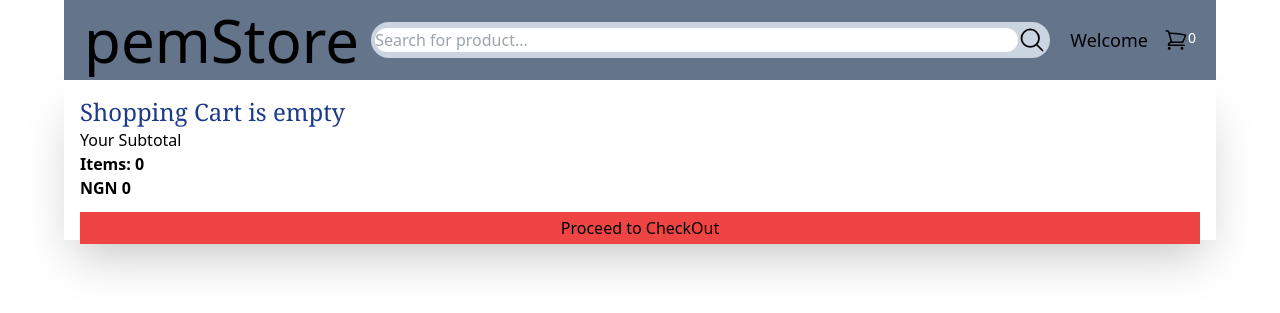
Repository: Semanmernstack/pemstore
Page: /checkout
An editor plug-in stored every save of this project. The page is shown before and after the next save, followed by the edit.
The browser window is 1280 px wide. The pictures show the whole page.
The page's requests for data from a server got no answer. The project was rebuilt for these pictures with package versions that can differ from the ones it lists, and the page was loaded fresh each time. The framework's server and built-in components were replaced by stand-ins that run in the browser. No one was signed in, and anything a server would have sent is missing. Also part of the build but not shown: next.config.js, components/CheckoutProduct.js.

Above is the page before, as saved 2022-11-06 05:56:27.

### pages/_app.js
import '../styles/globals.css'
import { SessionProvider } from "next-auth/react"
import { Provider } from 'react-redux'
import { store } from '../store'


function MyApp({ Component, pageProps: { session, ...pageProps }, }) {
  return (
    <SessionProvider session={session}>
      <Provider store={store}  >
        <Component {...pageProps} />
      </Provider>


    </SessionProvider>
  )
}

export default MyApp

### pages/checkout.js
import { useSession } from 'next-auth/react'
import React from 'react'
import { useSelector } from 'react-redux'
import CheckoutProduct from '../components/CheckoutProduct'
import Header from '../components/Header'
import { selectItems, selectTotal } from '../slices/basketSlice'

function Checkout() {
    const { data: session } = useSession()
    const items = useSelector(selectItems)
    const total = useSelector(selectTotal)
  return (
    <div  className=" mx-auto max-w-6xl "  >
        <Header />
        <div className="h-40 p-4 shadow-2xl flex flex-col">
        <div className="flex items-center  text-lg md:text-xl lg:text-2xl font-serif text-blue-900 space-x-4 ">
            <h1>{items.length === 0 ? "Shopping Cart is empty"  : "This is your pemStore Shopping Cart" }   </h1>
            <p>{session?.user.name}</p>
        </div>
        <div>
            <h1>Your Subtotal</h1>
            <h1 className="font-bold">Items: <span>{items.length}</span></h1>
            <span className="font-extrabold">NGN {total}</span>
        </div>
        <button className="  bg-red-500 hover:animate-bounce p-1 mt-3  cursor-pointer">Proceed to CheckOut</button>
        </div>

        {items.map((item, i) => (
            <CheckoutProduct
                key={i}
                id={item.id}
                title={item.title}
                price={item.price}
                description={item.description}
                category={item.category}
                image={item.image}
            />
        ))}



    </div>
  )
}

export default Checkout

### store.js
import { configureStore } from '@reduxjs/toolkit';
import  basketReducer  from "./slices/basketSlice"
// ...

export const store = configureStore({
  reducer: {
    basket: basketReducer,


  },
})

### components/Header.js
import React from 'react'
import { useSession, signIn, signOut } from "next-auth/react"
import { useRouter } from 'next/router'
import { useSelector } from 'react-redux'
import { selectItems } from '../slices/basketSlice'

function Header() {
    const { data: session } = useSession()
    const router = useRouter()
    const items = useSelector(selectItems)

    return (
      <div className="flex  items-center   h-20 md:p-2  lg:p-5 bg-slate-500  sticky top-0 z-20">
          <div onClick={() => router.push("/")} className="mr-3  text-3xl md:text-5xl lg:text-6xl">
              <h1 className="cursor-pointer">pemStore</h1>
          </div>
          <div className="flex items-center flex-grow bg-slate-300 p-1 cursor-pointer rounded-full ">
              <input className="outline-none  rounded-full flex-grow   " type="text" placeholder="Search for product..." />
              <svg className="h-7 w-7"   xmlns="http://www.w3.org/2000/svg" fill="none" viewBox="0 0 24 24" strokeWidth={1.5} stroke="currentColor" >
                  <path strokeLinecap="round" strokeLinejoin="round" d="M21 21l-5.197-5.197m0 0A7.5 7.5 0 105.196 5.196a7.5 7.5 0 0010.607 10.607z" />
              </svg>
          </div>
          <div className="flex items-center  m-2 lg:text-2xl">
          <div  onClick={!session ? signIn : signOut} className="flex items-center cursor-pointer text-sm md:text-lg mx-3">

              <p className="mr-1"> Welcome</p>
              <p >{session?.user.name}</p>

          </div>
          <div onClick={() => router.push("/checkout")} className="relative flex items-center ">
              <svg xmlns="http://www.w3.org/2000/svg" fill="none" viewBox="0 0 24 24" strokeWidth={1.5} stroke="currentColor" className="w-6 h-6">
                  <path strokeLinecap="round" strokeLinejoin="round" d="M2.25 3h1.386c.51 0 .955.343 1.087.835l.383 1.437M7.5 14.25a3 3 0 00-3 3h15.75m-12.75-3h11.218c1.121-2.3 2.1-4.684 2.924-7.138a60.114 60.114 0 00-16.536-1.84M7.5 14.25L5.106 5.272M6 20.25a.75.75 0 11-1.5 0 .75.75 0 011.5 0zm12.75 0a.75.75 0 11-1.5 0 .75.75 0 011.5 0z" />
              </svg>
              <p className="absolute left-6 top-0 text-sm text-white   ">{items?.length}</p>
          </div>
          </div>

      </div>
    )
  }

  export default Header

### slices/basketSlice.js
import { createSlice } from '@reduxjs/toolkit';

const initialState = {
    items: [],
};




export const basketSlice = createSlice({
    name: "basket",
    initialState,
    // The `reducers` field lets us define reducers and generate associated actions
    reducers: {
        addtoBasket: (state, action) => {
            state.items = [...state.items, action.payload]
        },
        removeFromBasket: (state, action) => {
            const index = state.items.findIndex(
                (basketItem) => basketItem.id === action.payload.id
            )
            let newBasket = [...state.items];
            if (index >= 0) {
                newBasket.splice(index, 1)
            } else {
                console.warn(
                    `you cant remove product {id: ${action.payload.id}} as its not added`
                )
            }
            state.items = newBasket;
        }




    },

});

export const { addtoBasket, removeFromBasket } = basketSlice.actions;

export const selectItems = (state) => state.basket?.items;

export const selectTotal = (state) => state.basket.items.reduce((total,item) => total + item.price, 0)

export default basketSlice.reducer;

Loaded but not shown: styles/globals.css (common file); tailwind.config.js (common file)

After the next save:
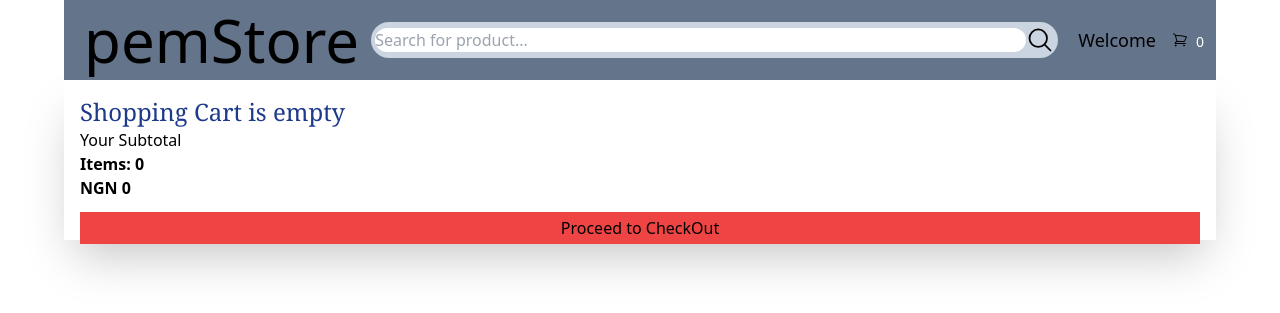
Saved 72 s later.
--- a/components/Header.js
+++ b/components/Header.js
@@ -28,7 +28,7 @@
 
           </div>
           <div onClick={() => router.push("/checkout")} className="relative flex items-center ">
-              <svg xmlns="http://www.w3.org/2000/svg" fill="none" viewBox="0 0 24 24" strokeWidth={1.5} stroke="currentColor" className="w-6 h-6">
+              <svg xmlns="http://www.w3.org/2000/svg" fill="none" viewBox="0 0 24 24" strokeWidth={1.5} stroke="currentColor" className="w-4 h-4">
                   <path strokeLinecap="round" strokeLinejoin="round" d="M2.25 3h1.386c.51 0 .955.343 1.087.835l.383 1.437M7.5 14.25a3 3 0 00-3 3h15.75m-12.75-3h11.218c1.121-2.3 2.1-4.684 2.924-7.138a60.114 60.114 0 00-16.536-1.84M7.5 14.25L5.106 5.272M6 20.25a.75.75 0 11-1.5 0 .75.75 0 011.5 0zm12.75 0a.75.75 0 11-1.5 0 .75.75 0 011.5 0z" />
               </svg>
               <p className="absolute left-6 top-0 text-sm text-white   ">{items?.length}</p>

After the save that followed:
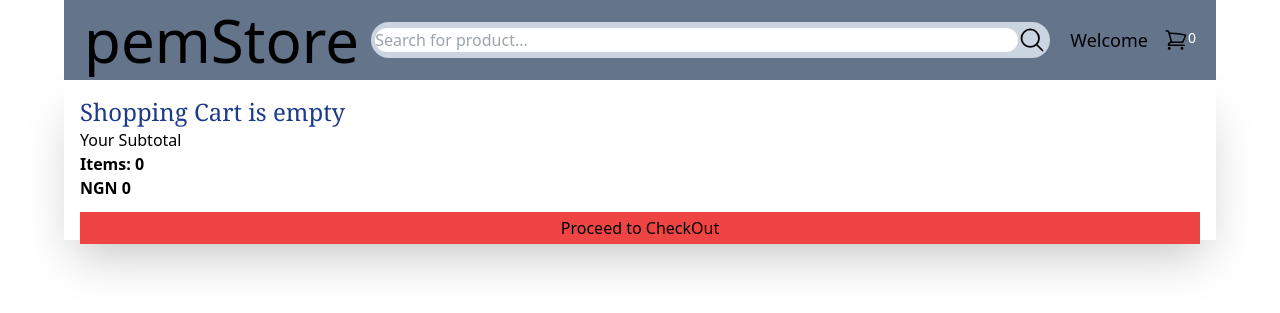
Saved 12 s later.
--- a/components/Header.js
+++ b/components/Header.js
@@ -28,7 +28,7 @@
 
           </div>
           <div onClick={() => router.push("/checkout")} className="relative flex items-center ">
-              <svg xmlns="http://www.w3.org/2000/svg" fill="none" viewBox="0 0 24 24" strokeWidth={1.5} stroke="currentColor" className="w-4 h-4">
+              <svg xmlns="http://www.w3.org/2000/svg" fill="none" viewBox="0 0 24 24" strokeWidth={1.5} stroke="currentColor" className="w-6 h-6">
                   <path strokeLinecap="round" strokeLinejoin="round" d="M2.25 3h1.386c.51 0 .955.343 1.087.835l.383 1.437M7.5 14.25a3 3 0 00-3 3h15.75m-12.75-3h11.218c1.121-2.3 2.1-4.684 2.924-7.138a60.114 60.114 0 00-16.536-1.84M7.5 14.25L5.106 5.272M6 20.25a.75.75 0 11-1.5 0 .75.75 0 011.5 0zm12.75 0a.75.75 0 11-1.5 0 .75.75 0 011.5 0z" />
               </svg>
               <p className="absolute left-6 top-0 text-sm text-white   ">{items?.length}</p>
